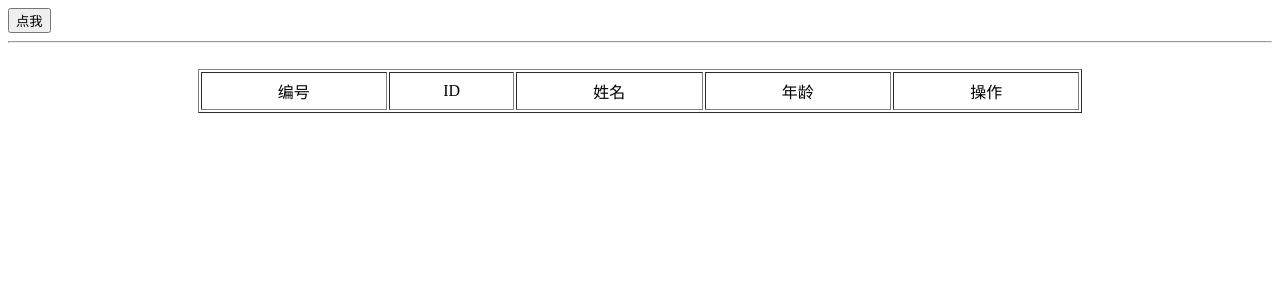
Repository: DataBoxWx/mvc_servlet_3
Page: http://localhost/2_jsp1/ajax/province.jsp
These files come from the project's save history. The page is drawn as it stood at one moment and after the next save; the edit follows.
The browser window is 1280 px wide. The pictures show the whole page.
The page is served by Tomcat 9. Other server files are loaded and not shown.

Above is the page before, as saved 2018-05-05 07:13:10.

### 2_jsp1/WebContent/ajax/province.jsp
<%@ page language="java" contentType="text/html; charset=UTF-8"
    pageEncoding="UTF-8"%>
<%
	String basePath = request.getScheme() + "://" + request.getServerName() + ":" + 	request.getServerPort() + request.getContextPath() + "/";
%>
<!DOCTYPE html PUBLIC "-//W3C//DTD HTML 4.01 Transitional//EN" "http://www.w3.org/TR/html4/loose.dtd">
<html>
<head>
<base href="<%=basePath%>">
<meta http-equiv="Content-Type" content="text/html; charset=UTF-8">
<script type="text/javascript" src="js/jquery-1.8.3.min.js"></script>
<title>Insert title here</title>
<style type="text/css">
	td{
		text-align: center
	}
</style>
<script type="text/javascript">
	$(function(){
		$("#btn").click(function(){
			$("#tbody").html("");
			$.post(
				"myservlet4.do",
				function(data){
					$(data.list).each(function(i){
						$("#tbody").append("<tr><td>"+(i+1)+"</td><td>"+this.id
							+"</td><td>"+this.name
							+"</td><td>"+this.age
							+"</td><td>编辑||删除</td></tr>");

					})
				},
				"json"
			)
		})
	});
</script>
</head>
<body>
	<button id="btn">点我</button><br><hr><br/>
	<table align="center" width="70%" border="1" cellpadding="6">
		<thead>
			<tr>
				<td>
					编号
				</td>
				<td>
					ID
				</td>
				<td>
					姓名
				</td>
				<td>
					年龄
				</td>
				<td>
					操作
				</td>
			</tr>
		</thead>
		<tbody id="tbody"></tbody>
	</table>
</body>
</html>

Loaded but not shown: 2_jsp1/WebContent/js/jquery-1.8.3.min.js (library)

After the next save:
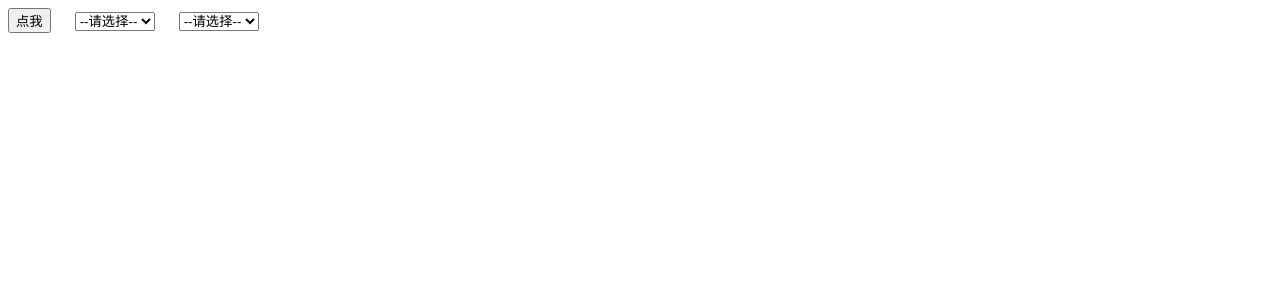
Saved 2 min 10 s later.
--- a/2_jsp1/WebContent/ajax/province.jsp
+++ b/2_jsp1/WebContent/ajax/province.jsp
@@ -17,48 +17,20 @@
 </style>
 <script type="text/javascript">
 	$(function(){
-		$("#btn").click(function(){
-			$("#tbody").html("");
-			$.post(
-				"myservlet4.do",
-				function(data){
-					$(data.list).each(function(i){
-						$("#tbody").append("<tr><td>"+(i+1)+"</td><td>"+this.id
-							+"</td><td>"+this.name
-							+"</td><td>"+this.age
-							+"</td><td>编辑||删除</td></tr>");
 
-					})
-				},
-				"json"
-			)
-		})
+
 	});
 </script>
 </head>
 <body>
-	<button id="btn">点我</button><br><hr><br/>
-	<table align="center" width="70%" border="1" cellpadding="6">
-		<thead>
-			<tr>
-				<td>
-					编号
-				</td>
-				<td>
-					ID
-				</td>
-				<td>
-					姓名
-				</td>
-				<td>
-					年龄
-				</td>
-				<td>
-					操作
-				</td>
-			</tr>
-		</thead>
-		<tbody id="tbody"></tbody>
-	</table>
+	<button id="btn">点我</button>
+	&nbsp;&nbsp;&nbsp;&nbsp;
+	<select id="pid">
+		<option>--请选择--</option>
+	</select id="cid">
+	&nbsp;&nbsp;&nbsp;&nbsp;
+	<select>
+		<option>--请选择--</option>
+	</select>
 </body>
 </html>
